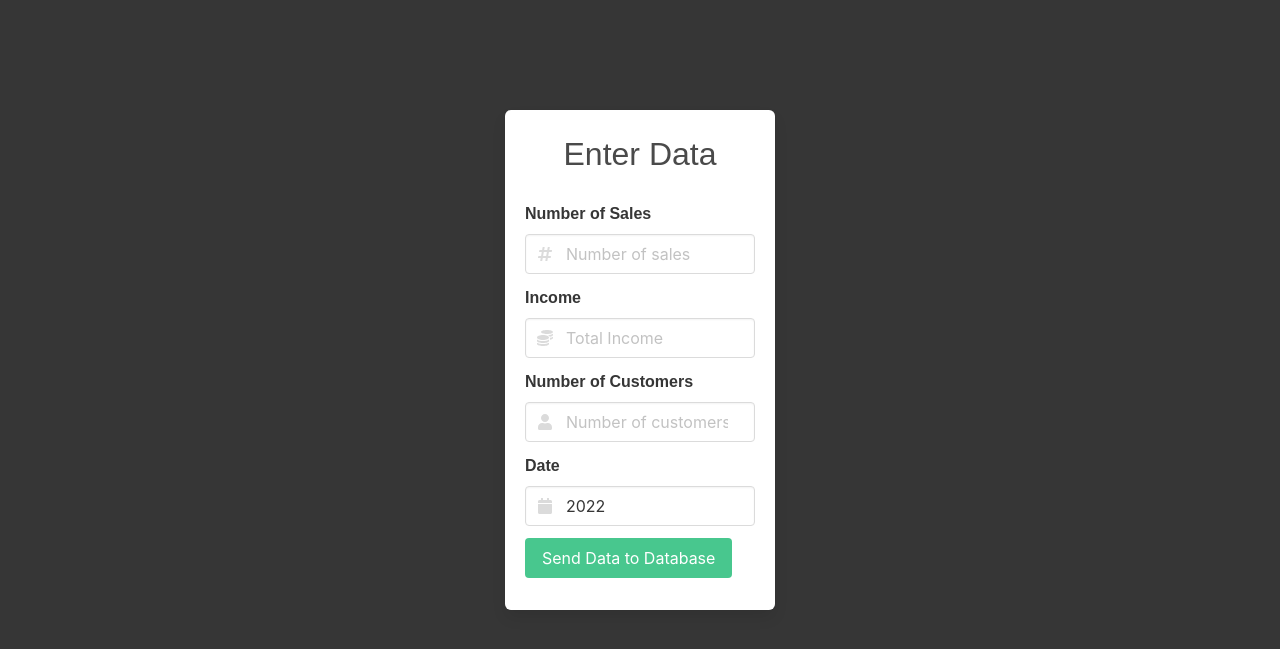
Repository: EmmanuelKeifala/Hackathon
Page: http://localhost/upload/
An editor plug-in stored every save of this project. The page is shown before and after the next save, followed by the edit.
The browser window is 1280 px wide. The pictures show the whole page.
Some web fonts or font styles are not loaded; a fallback is used. Some web libraries are served in a nearby version. The page is served by the project's application, run on Django 3.2 (manage.py). Other server files are loaded and not shown.

Above is the page before, as saved 2022-10-29 03:43:38.

### users/templates/users/upload.html
{% load static %}
<!DOCTYPE html>
<html>
  <head>
    <meta charset="utf-8" />
    <meta name="viewport" content="width=device-width, initial-scale=1" />
    <title>Enter data for business</title>
    <link
      href="https://fonts.googleapis.com/css2?family=Quicksand:wght@600&display=swap"
      rel="stylesheet"
    />
    <link
      rel="stylesheet"
      href="https://cdn.jsdelivr.net/npm/bulma@0.9.0/css/bulma.min.css"
    />
    <script
      defer
      src="https://use.fontawesome.com/releases/v5.3.1/js/all.js"
    ></script>
    <style>
      * {
        font-family: "Quicksand", sans-serif;
      }
    </style>
  </head>
  <body>
    {% comment %}
    <nav class="navbar is-black" role="navigation" aria-label="main navigation">
      <div class="navbar-brand">
        {% endcomment %} {% comment %}
        <a class="navbar-item" href="{% url 'frontpage' %}">
          {% endcomment %} {% comment %}
          <img
            src="https://uxwing.com/wp-content/themes/uxwing/download/10-brands-and-social-media/django.png"
            width="30px"
            height="200px"
          />
        </a>
        {% endcomment %} {% comment %}
        <a
          role="button"
          class="navbar-burger burger"
          aria-label="menu"
          aria-expanded="false"
          data-target="navbarBasicExample"
        >
          <span aria-hidden="true"></span>
          <span aria-hidden="true"></span>
          <span aria-hidden="true"></span>
        </a>
      </div>
      {% endcomment %} {% comment %}
      <div id="navbarBasicExample" class="navbar-menu">
        <div class="navbar-start"></div>

        <div class="navbar-end">
          <div class="navbar-item">
            {% if request.user.is_authenticated %}
            <a class="has-text-light mr-2"> Welcome, "{{ user.username }}" </a>
            <div class="buttons">
              <a href="{% url 'logout' %}" class="button is-danger">
                <strong>Logout</strong>
              </a>
              {% else %}
              <a href="{% url 'signup' %}" class="button is-success mr-2">
                <strong>Sign up</strong>
              </a>
              <a href="{% url 'login' %}" class="button is-light"> Log in </a>
            </div>
            {% endif %}
          </div>
          {% endcomment %} {% comment %}
        </div>
      </div>
    </nav>
    {% endcomment %}

    <!--new form-->
    <section class="hero is-dark is-fullheight w-100">
      <div class="hero-body">
        <div class="container">
          <div class="columns is-centered">
            <div class="column is-5-tablet is-4-desktop is-3-widescreen">
              <form
                method="POST"
                action="{% url 'upload'%}"
                enctype="multipart/form-data"
                class="box"
              >
                {% csrf_token %}

                <h1 class="has-text-centered mb-5 is-size-3">Enter Data</h1>

                <div class="field">
                  <label for="" class="label">Number of Sales</label>
                  <div class="control has-icons-left">
                    {{ form.number_of_sales }}
                    <span class="icon is-small is-left">
                      <i class="fa fa-hashtag"></i>
                    </span>
                  </div>
                </div>

                <div class="field">
                  <label for="" class="label">Income</label>
                  <div class="control has-icons-left">
                    {{ form.revenue }}
                    <span class="icon is-small is-left">
                      <i class="fa fa-coins"></i>
                    </span>
                  </div>
                </div>
                <div class="field">
                  <label for="" class="label">Number of Customers</label>
                  <div class="control has-icons-left">
                    {{ form.number_of_customers }}
                    <span class="icon is-small is-left">
                      <i class="fa fa-user"></i>
                    </span>
                  </div>
                </div>

                <div class="field">
                  <label for="" class="label">Date</label>
                  <div class="control has-icons-left">
                    {{ form.year }}
                    <span class="icon is-small is-left">
                      <i class="fa fa-calendar"></i>
                    </span>
                  </div>
                </div>

                <div class="field"></div>

                <div class="field">
                  <button class="button is-success" type="submit">
                    Send Data to Database
                  </button>
                </div>
                <div class="field"></div>
              </form>
            </div>
          </div>
        </div>
      </div>
    </section>
  </body>
</html>

### users/forms.py
from django.contrib.auth.models import User
from django.contrib.auth.forms import UserCreationForm
from django import forms
from django.forms import ModelForm
from .models import Enterpreneur


class UserRegisterForm(UserCreationForm):
    email = forms.EmailField()

    class Meta:
        model = User
        fields = ['username', 'email', 'password1', 'password2']


class BusinessData(ModelForm):
    number_of_sales = forms.CharField(widget=forms.TextInput(attrs={
        "class": "input",
        "type": "text",
        "placeholder": "Number of sales"}))
    revenue = forms.CharField(widget=forms.TextInput(attrs={
        "class": "input",
        "type": "number",
        "placeholder": "Total Income"}))
    number_of_customers = forms.CharField(widget=forms.TextInput(attrs={
        "class": "input",
        "type": "number",
        "placeholder": "Number of customers"}))
    year = forms.CharField(widget=forms.TextInput(attrs={
        "class": "input",
        "type": "number",
        "min": "1900", "max": "2099",
        "step": "1", "value": "2022",
        "placeholder": "Year"}))

    class Meta:
        model = Enterpreneur
        fields = ['number_of_sales', 'revenue', 'number_of_customers', "year"]

### users/models.py
import email
from enum import auto
from unicodedata import name
from django.db import models

# Create your models here.

# this is for the admin


class Admin(models.Model):
    id = models.AutoField(primary_key=True)
    name = models.TextField()
    email = models.TextField()
    password = models.TextField()
    created_at = models.DateTimeField(auto_now=True)
    update_at = models.DateTimeField(auto_now=True)
    objects = models.Manager()

# Analysts Table


class Analysts(models.Model):
    id = models.AutoField(primary_key=True)
    name = models.TextField()
    email = models.TextField()
    password = models.CharField(max_length=255)
    created_at = models.DateTimeField(auto_now=True)
    objects = models.Manager()

# this is for the Enterpreneurs table


class Trainee(models.Model):
    id = models.AutoField(primary_key=True)
    admin = models.OneToOneField(Admin, on_delete=models.CASCADE)
    analyst = models.OneToOneField(Analysts, on_delete=models.CASCADE)
    name = models.TextField()
    email = models.TextField()
    age = models.TextField()
    gender = models.TextField()
    date_of_training = models.DateTimeField(auto_now=True)
    idea = models.TextField()
    institution = models.TextField()
    qualification = models.TextField()
    location = models.TextField()
    objects = models.Manager()

    # this is for the entrepenuer


class Enterpreneur(models.Model):
    id = models.AutoField(primary_key=True)
    number_of_sales = models.TextField()
    revenue = models.TextField()
    number_of_customers = models.TextField()
    year = models.IntegerField()

### users/views.py
from django.shortcuts import render, redirect
from django.contrib.auth.forms import UserCreationForm
from .forms import UserRegisterForm
from .forms import BusinessData
from django.contrib import messages
from django.contrib.auth.decorators import login_required


def home(request):
    return render(request, 'users/home.html')


def generalusers_home(request):
    return render(request, "users/home.html")


def Analyst_home(request):
    return render(request, "users/home.html")


def upload(request):
    if request.POST:
        form = BusinessData(request.POST)
        print(request.POST)
        if form.is_valid():
            form.save()
        return redirect("/")
    return render(request, "users/upload.html", {'form': BusinessData})


def register(request):
    if request.method == "POST":
        form = UserRegisterForm(request.POST)
        if form.is_valid():
            form.save()
            username = form.cleaned_data.get('username')
            messages.success(
                request, f'Hi {username}, your account was created successfully')
            return redirect('home')
    else:
        form = UserRegisterForm()

    return render(request, 'users/register.html', {'form': form})


@login_required()
def profile(request):
    return render(request, 'users/profile.html')

### authsysproject/urls.py
"""authsysproject URL Configuration

The `urlpatterns` list routes URLs to views. For more information please see:
    https://docs.djangoproject.com/en/3.2/topics/http/urls/
Examples:
Function views
    1. Add an import:  from my_app import views
    2. Add a URL to urlpatterns:  path('', views.home, name='home')
Class-based views
    1. Add an import:  from other_app.views import Home
    2. Add a URL to urlpatterns:  path('', Home.as_view(), name='home')
Including another URLconf
    1. Import the include() function: from django.urls import include, path
    2. Add a URL to urlpatterns:  path('blog/', include('blog.urls'))
"""
from django.contrib import admin
from django.urls import path, include

urlpatterns = [
    path('admin/', admin.site.urls),
    path('', include('users.urls'))
]

### users/urls.py
from django.urls import path
from . import views
from django.contrib.auth import views as auth_view

urlpatterns = [
    path('', views.home, name='home'),
    path('register/', views.register, name='register'),
    path('profile/', views.profile, name='profile'),
    path("upload/", views.upload, name="upload"),
    path('Analyst_home/', views.Analyst_home, name='Analyst_home'),
    path('generalusers_home/', views.generalusers_home, name='generalusers_home'),
    path('login/', auth_view.LoginView.as_view(template_name='users/login.html'), name="login"),
    path('logout/', auth_view.LogoutView.as_view(template_name='users/logout.html'), name="logout"),
]

After the next save:
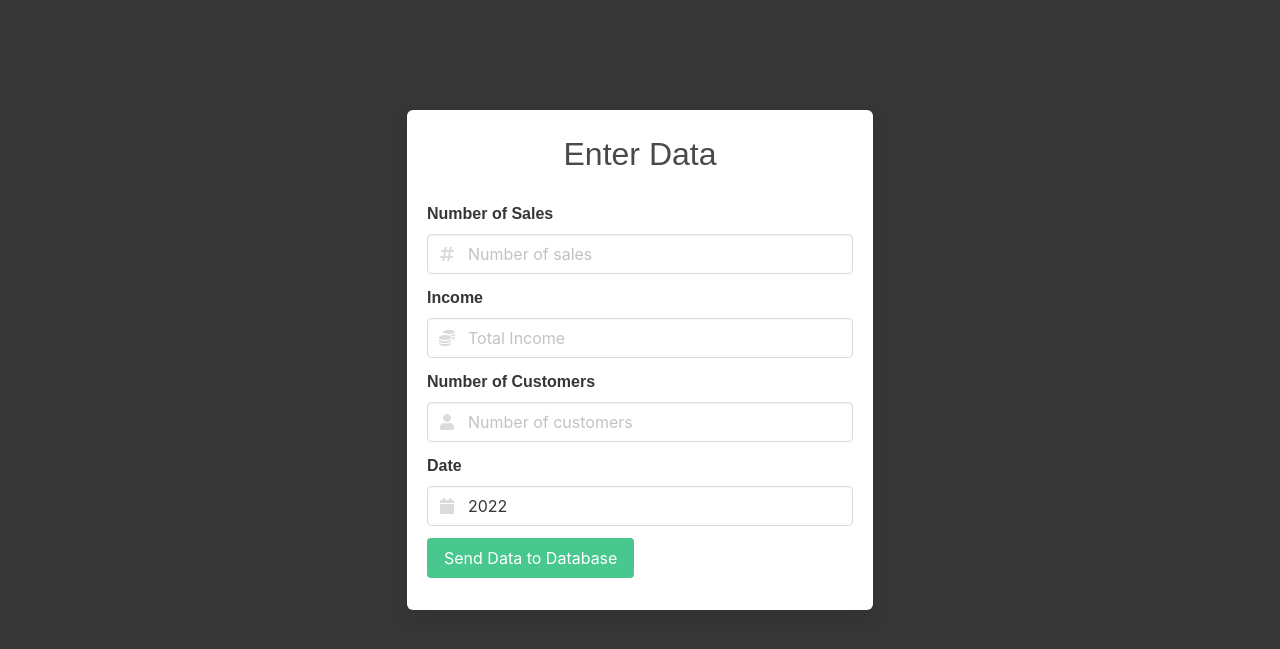
Saved 37 s later.
--- a/users/templates/users/upload.html
+++ b/users/templates/users/upload.html
@@ -80,7 +80,7 @@
       <div class="hero-body">
         <div class="container">
           <div class="columns is-centered">
-            <div class="column is-5-tablet is-4-desktop is-3-widescreen">
+            <div class="column is-5-tablet is-4-desktop is-5-widescreen">
               <form
                 method="POST"
                 action="{% url 'upload'%}"
